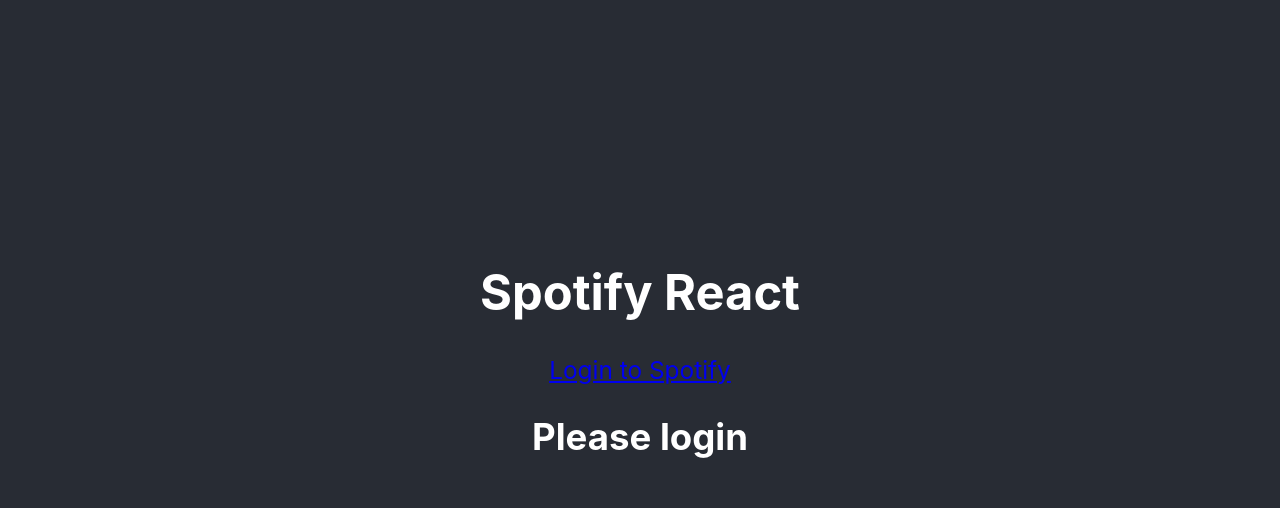
Repository: kayacancode/soapopera
Page: /
These files come from the project's save history. The page is drawn as it stood at one moment and after a run of saves; the edit follows.
The browser window is 1280 px wide. The pictures show the whole page.
The project was rebuilt for these pictures with package versions that can differ from the ones it lists, and the page was loaded fresh each time.

Above is the page before, as saved 2023-04-22 16:34:06.

### src/App.js
import {useEffect, useState} from "react";
import './App.css';
import axios from 'axios';

function App() {
    const CLIENT_ID = "11e1a8a6d9664d7f9eefd2e7de958a15"
    const REDIRECT_URI = "http://localhost:3000"
    const AUTH_ENDPOINT = "https://accounts.spotify.com/authorize"
    const RESPONSE_TYPE = "token"

    const [token, setToken] = useState("")
    const [searchKey, setSearchKey] = useState("")
    const [artists, setArtists] = useState([])

    // const getToken = () => {
    //     let urlParams = new URLSearchParams(window.location.hash.replace("#","?"));
    //     let token = urlParams.get('access_token');
    // }

    useEffect(() => {
        const hash = window.location.hash
        let token = window.localStorage.getItem("token")

        // getToken()


        if (!token && hash) {
            token = hash.substring(1).split("&").find(elem => elem.startsWith("access_token")).split("=")[1]

            window.location.hash = ""
            window.localStorage.setItem("token", token)
        }

        setToken(token)

    }, [])

    const logout = () => {
        setToken("")
        window.localStorage.removeItem("token")
    }

    const searchArtists = async (e) => {
        e.preventDefault()
        const {data} = await axios.get("https://api.spotify.com/v1/search", {
            headers: {
                Authorization: `Bearer ${token}`
            },
            params: {
                q: searchKey,
                type: "artist"
            }
        })

        setArtists(data.artists.items)
    }

    const handleGetPlaylists = () =>{
    axios.get("https://api.spotify.com/v1/me/tracks")
  }

    const renderArtists = () => {
        return artists.map(artist => (
            <div key={artist.id}>
                {artist.images.length ? <img width={"100%"} src={artist.images[0].url} alt=""/> : <div>No Image</div>}
                {artist.duration_ms}
            </div>
        ))
    }

    return (
        <div className="App">
            <header className="App-header">
                <h1>Spotify React</h1>
                {!token ?
                    <a href={`${AUTH_ENDPOINT}?client_id=${CLIENT_ID}&redirect_uri=${REDIRECT_URI}&response_type=${RESPONSE_TYPE}`}>Login
                        to Spotify</a>
                    : <button onClick={logout}>Logout</button>}

                {token ?
                    <form onSubmit={searchArtists}>
                        <input type="text" onChange={e => setSearchKey(e.target.value)}/>
                        <button type={"submit"}>Search</button>
                    </form>

                    : <h2>Please login</h2>
                }

                {renderArtists()}

            </header>
        </div>
    );
}

export default App;

Loaded but not shown: public/index.html (common file); src/index.js (common file); src/index.css (common file); src/reportWebVitals.js (common file); src/App.css (common file)

After the next 3 saves:
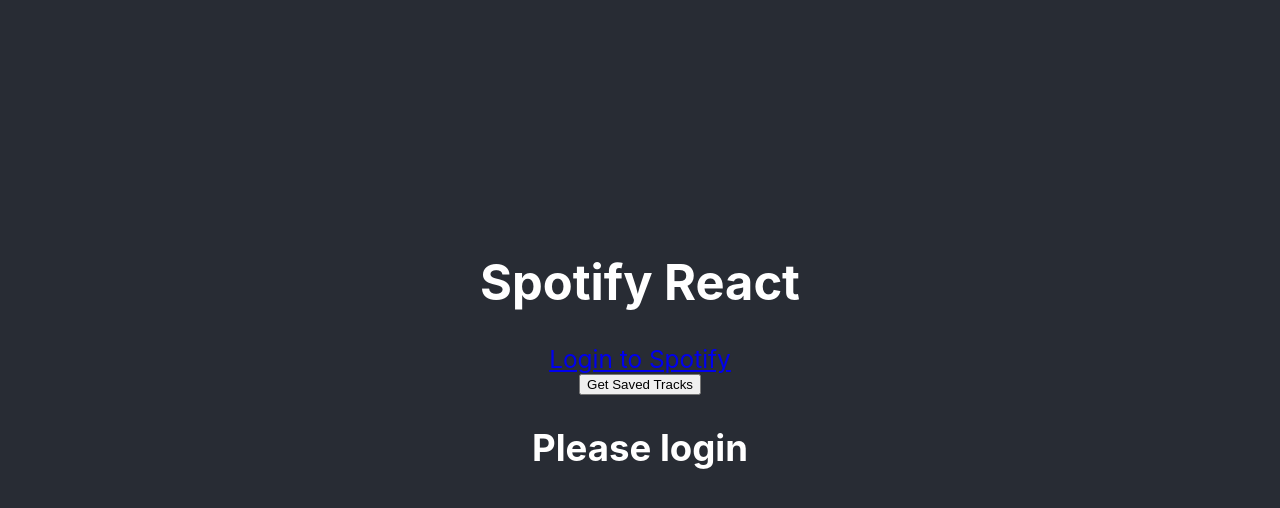
The 3 saves are shown as one change because 2 did not build or start.
The last was saved 6 min 20 s later.
--- a/src/App.js
+++ b/src/App.js
@@ -11,6 +11,7 @@
     const [token, setToken] = useState("")
     const [searchKey, setSearchKey] = useState("")
     const [artists, setArtists] = useState([])
+    const [savedTracks, setSavedTracks] = useState([]);
 
     // const getToken = () => {
     //     let urlParams = new URLSearchParams(window.location.hash.replace("#","?"));
@@ -39,7 +40,15 @@
         setToken("")
         window.localStorage.removeItem("token")
     }
+    const getSavedTracks = async () => {
+      const { data } = await axios.get("https://api.spotify.com/v1/me/tracks", {
+        headers: {
+          Authorization: `Bearer ${token}`,
+        },
+      });
 
+      setSavedTracks(data.items);
+    };
     const searchArtists = async (e) => {
         e.preventDefault()
         const {data} = await axios.get("https://api.spotify.com/v1/search", {
@@ -58,7 +67,18 @@
     const handleGetPlaylists = () =>{
     axios.get("https://api.spotify.com/v1/me/tracks")
   }
-
+  const renderSavedTracks = () => {
+    return savedTracks.map((track) => (
+      <div key={track.track.id}>
+        {track.track.album.images.length ? (
+          <img width={"100%"} src={track.track.album.images[0].url} alt="" />
+        ) : (
+          <div>No Image</div>
+        )}
+        {track.track.name}
+      </div>
+    ));
+  };
     const renderArtists = () => {
         return artists.map(artist => (
             <div key={artist.id}>
@@ -76,6 +96,8 @@
                     <a href={`${AUTH_ENDPOINT}?client_id=${CLIENT_ID}&redirect_uri=${REDIRECT_URI}&response_type=${RESPONSE_TYPE}`}>Login
                         to Spotify</a>
                     : <button onClick={logout}>Logout</button>}
+                                <button onClick={getSavedTracks}>Get Saved Tracks</button>
+
 
                 {token ?
                     <form onSubmit={searchArtists}>
